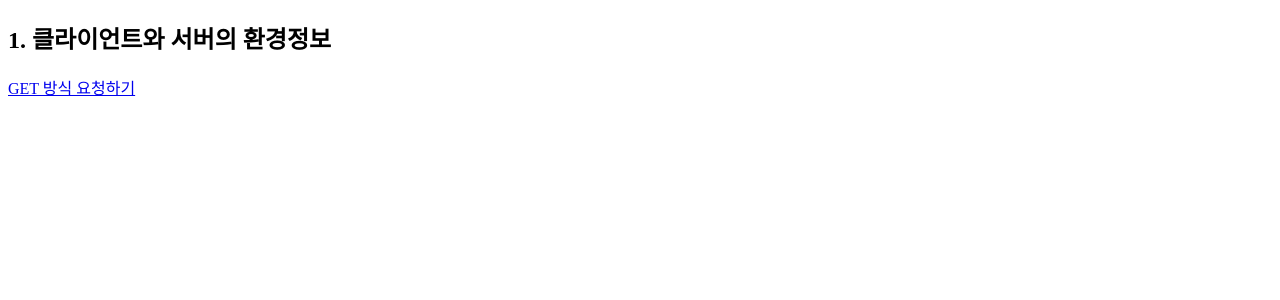
Repository: parkblacksheep/JSP-Servlet
Page: http://localhost/HelloJSP2_2/object/requestMain.jsp
These files come from the project's save history. The page is drawn as it stood at one moment and after the next save; the edit follows.
The browser window is 1280 px wide. The pictures show the whole page.
The page is served by Tomcat 9.

Above is the page before, as saved 2024-07-25 01:48:57.

### HelloJSP2_2/src/main/webapp/object/requestMain.jsp
<%@ page language="java" contentType="text/html; charset=UTF-8"
    pageEncoding="UTF-8"%>
<!DOCTYPE html>
<html>
<head>
<meta charset="UTF-8">
<title>Insert title here</title>
</head>
<body>
	<h2>1. 클라이언트와 서버의 환경정보 </h2>
	<a href="./requestWebInfo.jsp?eng=Hello&han=안녕"> GET 방식 요청하기</a>
	<br/>
	<form action="requestWebInfo.jsp" method="post">

	</form>
</body>
</html>

After the next save:
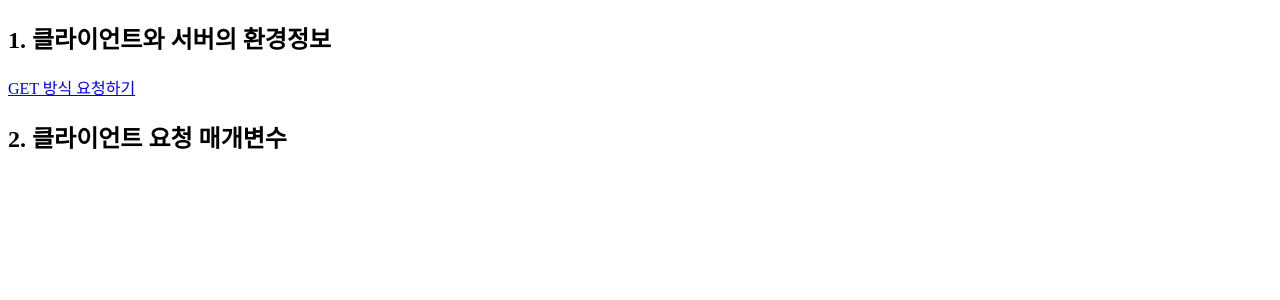
Saved 28 min 29 s later.
--- a/HelloJSP2_2/src/main/webapp/object/requestMain.jsp
+++ b/HelloJSP2_2/src/main/webapp/object/requestMain.jsp
@@ -13,5 +13,7 @@
 	<form action="requestWebInfo.jsp" method="post">
 
 	</form>
+	<h2>2. 클라이언트  요청 매개변수 </h2>
+	<form action="post" action="requestParameter.jsp"></form>
 </body>
 </html>
